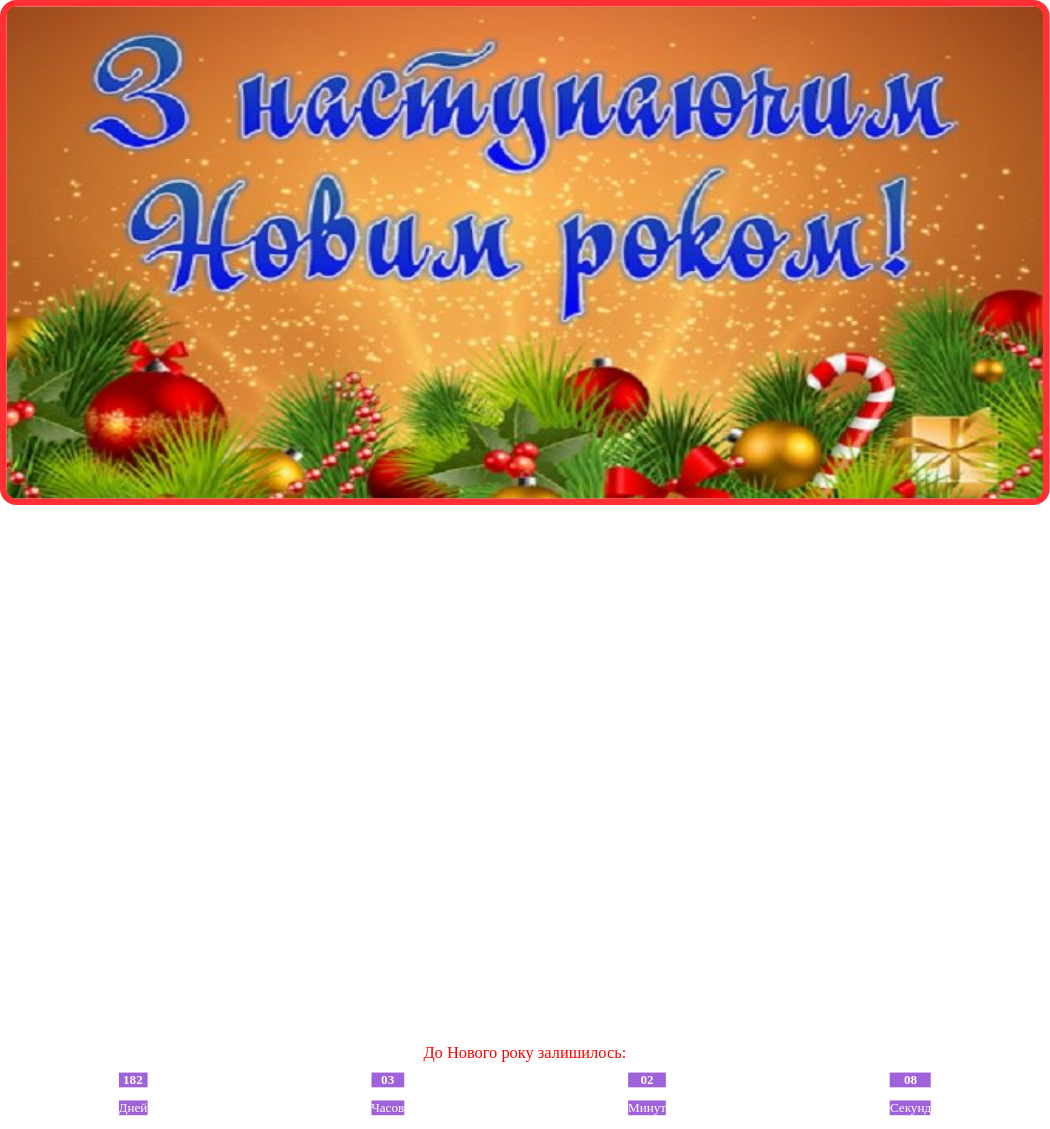
Repository: KonstantinKhamilov/JavaScript11-new-year
Page: index.html
The author's editor kept a copy of each file at every save. The page is drawn from the files as they stood at one save, then again after the next save.
The browser window is 1280 px wide. The pictures show the whole page, at 82% of full size.

Above is the page before, as saved 2024-12-29 19:24:20.

After the next save:
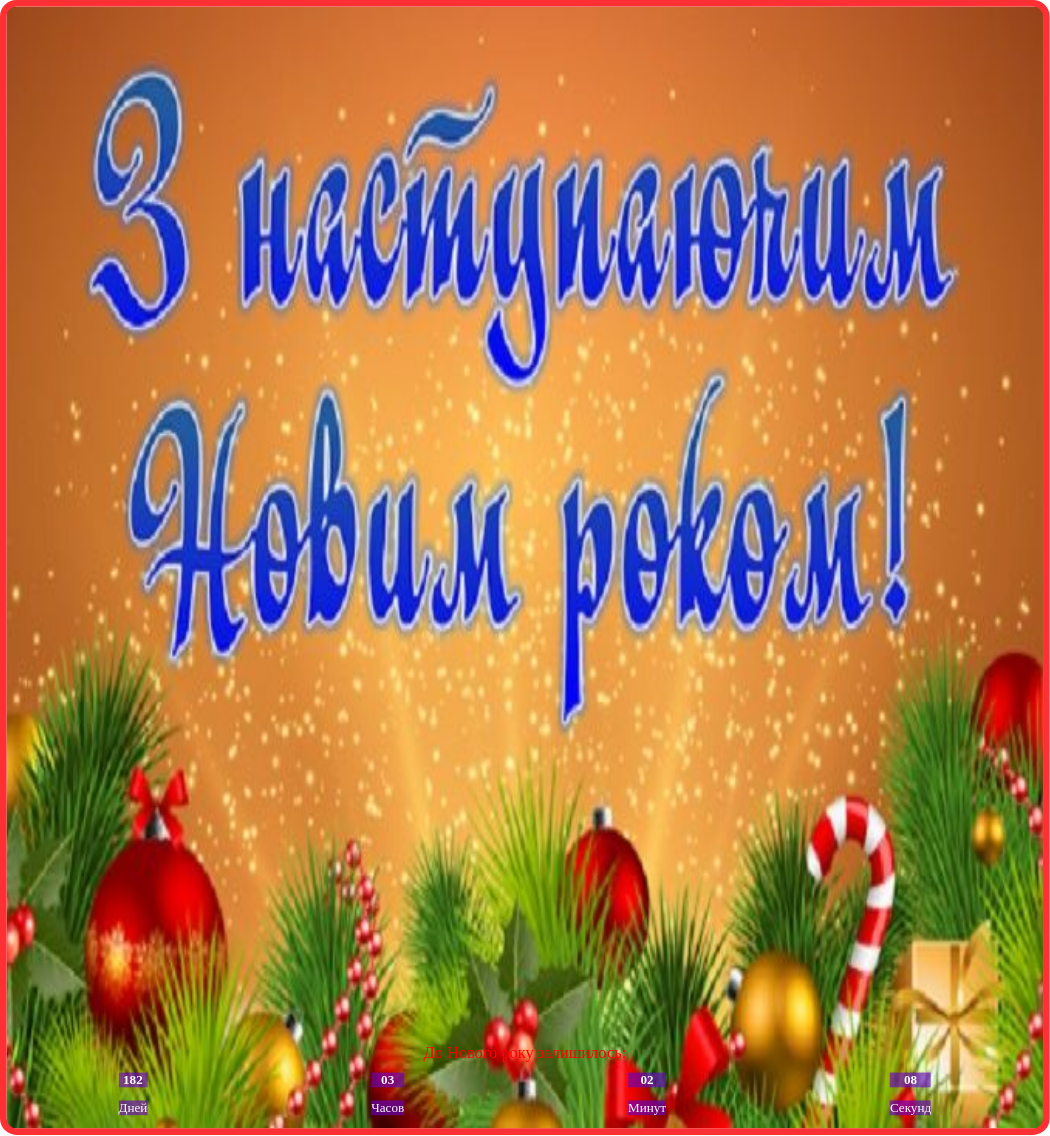
Saved 4 min 22 s later.
--- a/newYear.css
+++ b/newYear.css
@@ -13,7 +13,7 @@ body {
     border: solid 8px;
     border-radius: 20px;
     border-color: rgb(255, 48, 52);
-    height: 600px;
+    position: relative;
   }
 
   ol {
